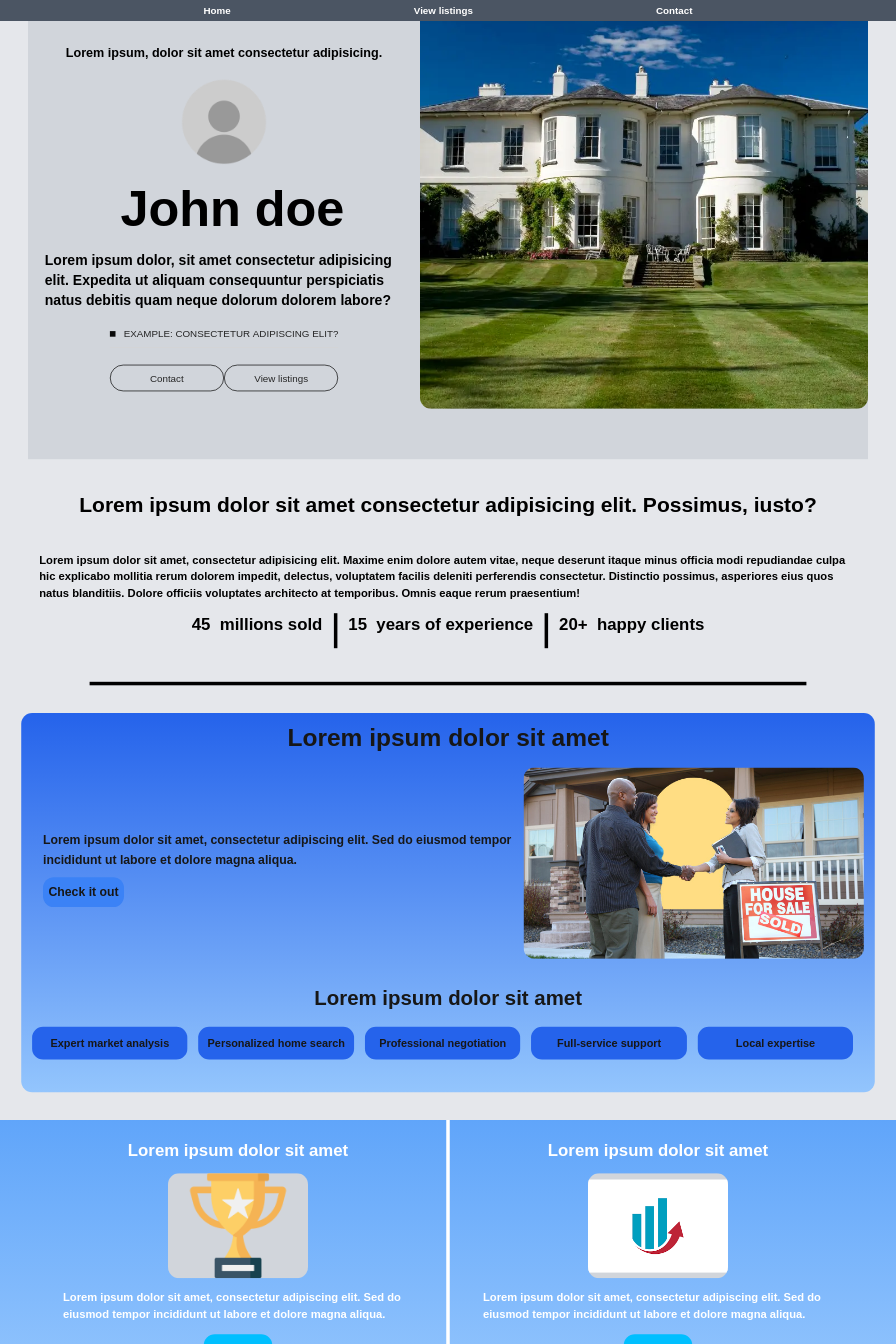
Repository: TMuse333/single-page-real-estate
Page: / (app in frontend/)
The author's editor kept a copy of each file at every save. The page is drawn from the files as they stood at one save, then again after the next save.
The browser window is 1280 px wide. The pictures show the part of the page from y = 0 to 1920 px (the page is 6391 px tall), at 70% of full size.
The project was rebuilt for these pictures with package versions that can differ from the ones it lists, and the page was loaded fresh each time. The framework's server and built-in components were replaced by stand-ins that run in the browser. Also part of the build but not shown: frontend/next.config.mjs.

Above is the page before, as saved 2024-12-05 15:41:05.

### frontend/src/app/layout.tsx
import { ContextProvider } from "@/context/context";
import type { Metadata } from "next";
import localFont from "next/font/local";
import "./globals.css";

const geistSans = localFont({
  src: "./fonts/GeistVF.woff",
  variable: "--font-geist-sans",
  weight: "100 900",
});
const geistMono = localFont({
  src: "./fonts/GeistMonoVF.woff",
  variable: "--font-geist-mono",
  weight: "100 900",
});

export const metadata: Metadata = {
  title: "Bonnie Hutchins",
  description: "A sample website for Bonnie Hutchins",
};

export default function RootLayout({
  children,
}: Readonly<{
  children: React.ReactNode;
}>) {
  return (
    <html lang="en">
      <ContextProvider>


      <body
        className={`${geistSans.variable} ${geistMono.variable} antialiased`}
      >
        {children}
      </body>
      </ContextProvider>
    </html>
  );
}

### frontend/src/app/page.tsx
"use client"


import AuroraHero from "../components/auroraHero/auroraHero";
import CountUpStats from "../components/countUpStats/countUpStats";
import ExperienceCard from "../components/experienceCard/experienceCard";
import { experienceCard1, experienceCard2 ,experienceCard3,
 displayBox1, displayBox2,blogData, closingStatement, contactCard} from "@/data/data";
// import ImageTextBox from "./components/imageTextBox/imageTextBox";
import DisplayBoxes from "../components/displayBox/displayBox";
import Testimonials from "../components/testimonials/testimonials";
import ScrollCarousel from "../components/scrollCarousel/scrollCarousel";
import Closer from "../components/closer/closer";
import BigNav from "../components/navbar/bigNav";
import Footer2 from "../components/footer/footer";
import ContactCard from "../components/contactCard/contactCard";
import Herobanner from "@/components/herobanner/herobanner";
export default function Home() {
  return (
    <>

   <main className="relative w-screen overflow-x-hidden
   bg-gray-200 ">
   <BigNav
    excludedLink=""
    />
    {/* <AuroraHero/> */}
    <Herobanner/>
    <CountUpStats
    number1="45"
    number2="15.5"
    number3="20"/>

<ExperienceCard
    {...experienceCard2}
    />

    <DisplayBoxes
    data={displayBox1}
    />



<ExperienceCard
    {...experienceCard3}
    />



    <DisplayBoxes
    data={displayBox2}
    />

  <ExperienceCard
    {...experienceCard1}
    />

    <Testimonials/>

    <ScrollCarousel
    images={blogData}
    bgImage
    />



    <Closer
    {...closingStatement}
    />

<ContactCard
    {...contactCard}
    />

    <Footer2
    excludedLink=""
    />


   </main>
   </>
  );
}

### frontend/src/context/context.tsx
"use client"

import React, { createContext, useState, useContext, ReactNode, useEffect } from 'react';

// Define the type for the context value
interface GeneralContextType {

  isMobile: boolean;
  setIsMobile: React.Dispatch<React.SetStateAction<boolean>>;
  heroInView: boolean;
  setHeroInView: React.Dispatch<React.SetStateAction<boolean>>;


}

// Create the context
export const GeneralContext = createContext<GeneralContextType | undefined>(undefined);

// Create a provider component
export const ContextProvider: React.FC<{ children: ReactNode }> = ({ children }) => {
  // Initialize the value state


  // Detect mobile devices
  const [isMobile, setIsMobile] = useState<boolean>(true);

const [heroInView, setHeroInView] = useState(true)





  useEffect(() => {
    const handleScroll = () => {
      if (typeof window !== 'undefined') {
        setIsMobile(window.innerWidth <= 865);
      }
    };

    if (typeof window !== 'undefined') {
      window.addEventListener('scroll', handleScroll);
      handleScroll(); // Initial check
    }

    return () => {
      if (typeof window !== 'undefined') {
        window.removeEventListener('scroll', handleScroll);
      }
    };
  }, []);


  useEffect(() => {
    console.log('is mobile', isMobile);
  }, [isMobile]);

  const contextValue = {

    isMobile,
    setIsMobile,
    heroInView, setHeroInView

  };

  return <GeneralContext.Provider value={contextValue}>{children}</GeneralContext.Provider>;
};

export const useGeneralContext = (): GeneralContextType => {
  const context = useContext(GeneralContext);
  if (!context) {
    throw new Error('useGeneralContext must be used within a ContextProvider');
  }
  return context;
};

### frontend/src/components/countUpStats/countUpStats.tsx
"use client"
import React, {useRef} from "react";
import CountUp from "react-countup";
import { useInView} from 'framer-motion'

interface Props {
  number1: string;
  number2: string;
  number3: string;
}

const CountUpStats: React.FC<Props> = ({ number1, number2, number3 }) => {

    const ref = useRef(null)
    const inView = useInView(ref,{
        once:true
    })
  return (
    <>
    <section   ref={ref}
    className="mx-auto w-screen max-w-[1200px]
    text-black">
         <h2 className="text-center px-4 font-bold text-2xl sm:text-3xl
         my-12">Lorem ipsum dolor sit amet consectetur adipisicing elit. Possimus, iusto?</h2>
         <p className="font-semibold px-4">
            Lorem ipsum dolor sit amet, consectetur adipisicing elit. Maxime enim dolore autem vitae, neque deserunt itaque minus officia modi repudiandae culpa hic explicabo mollitia rerum dolorem impedit, delectus, voluptatem facilis deleniti perferendis consectetur. Distinctio possimus, asperiores eius quos natus blanditiis. Dolore officiis voluptates architecto at temporibus. Omnis eaque rerum praesentium!
         </p>

    <section

      className="flex mx-auto flex-col justify-center items-center mt-4
      md:flex-row font-semibold"
    >

      {/* Number 1 */}
      <div className="text-2xl mb-6 flex flex-col
      justify-center md:flex-row items-start ">
        <CountUp start={0}
          end={inView ? parseInt(number1) : 0}
         duration={2} />
         &nbsp; millions sold
         <div className="w-[50vw] h-[5px] bg-black mb-6
      md:h-[50px] md:w-[5px] mx-4 " />
      </div>

      {/* Divider */}


      {/* Number 2 */}
      <div className="text-2xl mb-6 flex flex-col
      justify-center md:flex-row items-start ">
        <CountUp start={0}
          end={inView ? parseInt(number2) : 0}
         duration={2} />
         &nbsp; years of experience
         <div className="w-[50vw] h-[5px] bg-black mb-6
      md:h-[50px] md:w-[5px] mx-4 " />
      </div>

      {/* Number 3 */}
      <div className="text-2xl mb-6 flex flex-col
      justify-center md:flex-row items-start mb-auto">
        <CountUp start={0}
          end={inView ? parseInt(number3) : 0}
         duration={2} />
         +&nbsp; happy clients

      </div>
    </section>
    </section>

    <div className="w-[80vw] max-w-[1200px]
    mx-auto h-[5px] bg-black"
    />

    </>
  );
};

export default CountUpStats;

### frontend/src/components/displayBox/displayBox.tsx
import React from "react";
import Image from 'next/image'
import Link from "next/link";


interface ElementProps {
    title:string,
    src:string,
    alt:string,
    description:string,
    buttonText:string,
    destination:string
}

const Element:React.FC<ElementProps> = ({
    title,src,alt,description,buttonText,
    destination
}) => {

    return (
        <section className="w-[90vw] mx-auto flex
        mt-2
        flex-col justify-center items-center relative

        sm:w-[45vw] max-w-[500px] mb-8">
            <h2 className="text-white text-center
            text-2xl mb-4 font-semibold">{title}</h2>
            <Image
            src={src}
            alt={alt}
            width={600}
            height={1300}
            className='w-[40vw]  h-[20vw]
            max-h-[150px] mx-auto object-contain
            max-w-[200px] bg-gray-300 rounded-2xl'
            />
            <p className="text-white my-4 font-semibold">{description}</p>
            <button className="bg-[#00bfff]
            p-2 rounded-2xl text-white">
                <Link href={destination}>
                    {buttonText}
                </Link>
            </button>


        </section>

    )
}

interface DisplayBoxProps {
    data:ElementProps[]
}

    const DisplayBoxes:React.FC<DisplayBoxProps> = ({
        data
    }) => {

        return (
            <section className="w-screen relative
            bg-gradient-to-b from-blue-400 to-blue-300 "
            >


            <section className="flex flex-col
            sm:grid grid-cols-2 justify-center
            items-center max-w-[1200px]
            mx-auto bg-gradient-to-b from-blue-400 to-blue-300
             pt-5">
                <div className="absolute
                top-1/2 w-full
                 sm:top-0
                left-1/2 -translate-x-1/2 h-[5px]
                 md:h-full
                sm:w-[5px] bg-white"/>
                {data.map((data, index) => (
                    <Element
                    {...data}
                    key={index}
                    />
                ))}
            </section>
            </section>

        )
    }


    export default DisplayBoxes

### frontend/src/components/closer/closer.tsx
"use client"

import React, { useRef} from "react";
import Link from "next/link";
import {motion, useInView} from 'framer-motion'
import Image from "next/image";


interface Props {
    image:string,
    title:string,
    description:string,
    buttonText:string,
    destination:string

}

const Closer: React.FC<Props> = ({image,title,description,
destination,buttonText}) => {

    const ref = useRef(null)

    const inView = useInView(ref,{
        once:true
    })

      const variants = {
        initial:{
            opacity:0,
            x:-100
        },
        animate:{
            x:0,
            opacity:1,
            transition:{
                opacity:{
                    duration:0.5
                }
            }
        }

      }

      const textVariants = {
        initial:{
            y:-20,
            opacity:0
        },
        animate:{
            opacity:1,
            y:0,
            transition:{
                delay:0.5
            }
        }
      }

    return (
        <motion.section ref={ref}

        className={`w-screen text-white h-[600px]
        relative flex flex-col items-center justify-center
        bg-center
        `}
        variants={variants}
        initial='initial'
        animate={inView ? 'animate' : 'initial'}
        >
            <Image src={image}
            alt="A background image of cash to signifies how you cash sell your houses fast for cash with ontario cash for houses"
            className='absolute w-full h-full
            object-cover'
                style={{
                    filter:'brightness(0.6)'
                }}
                width={600}
                height={1300}
            />

            <motion.div className="-mt-12 relative z-[4]"
              variants={textVariants}
              initial='initial'
              animate={inView ? 'animate' : 'initial'}>
            <motion.h4

            className="pl-4 text-3xl  ">{title}
            </motion.h4>

            <p className="mt-4 text-left pl-4 pr-4
            max-w-[800px] sm:text-xl ">{description}</p>

            <Link href={destination}
            passHref>
                <button className="mt-6 text-black
                bg-white ml-4 hover:bg-blue-500
                transition-all hover:text-white
                hover:scale-[1.05] p-3
                rounded-xl">
                {buttonText}
                </button>
            </Link>
            </motion.div>
        </motion.section>
    )
}

export default Closer

### frontend/src/components/contactCard/contactCard.tsx
import Image from "next/image";
import Link from "next/link";
import React from "react";



interface Props {
    src:string,
    alt:string,
    name:string,
    title:string
    description:string,
    quote:string
    phone:string,
    email:string,
    socials:{
        src:string,
        destination:string,
        alt:string
    }[]
}


const ContactCard:React.FC<Props> = ({
    src,alt,name,
    phone,email,socials,title,quote
}) => {


    return (
        <section className="mx-auto flex flex-col
        md:flex-row max-w-[1200px] my-12">
            <section className="text-center
            md:w-[33vw] max-w-[400px]">
                <h3 className="mb-2 font-bold
                text-3xl">{name}</h3>
                <h4 className="mb-2 font-semibold
                whitespace-pre-line">{title}</h4>
                <p className="mb-2 px-4">{quote}</p>
            </section>
            <section className="md:w-[33vw] max-w-[400px]">
                <Image
                src={src}
                alt={alt}
                className='w-[70vw]
                object-contain mx-auto
                max-w-[200px] hax-h-[250px]'
                width={600}
                height={1300}
                />
            </section>
            <section className="text-center  md:w-[33vw] max-w-[400px]">
                <h3 className="mb-2 text-2xl font-semibold">Contact Information</h3>
                <p className="mb-2 font-semibold">{phone}</p>
                <p className="mb-2 font-semibold whitespace-pre-line

                leading-6">{email}</p>
                {/* <ul className="flex items-center w-full
                ">
                    {socials.map((social,index)=>(
                        <li className="mx-auto"
                        key={index}
                        >
                            <Image
                            src={social.src}
                            alt={social.alt}
                            className='w-[100px]
                            object-contain'
                            width={600}
                            height={1300}
                            />
                            <Link
                            href={social.destination}
                            />
                        </li>
                    ))}
                </ul> */}
            </section>

        </section>
    )
}

export default ContactCard

### frontend/src/components/herobanner/herobanner.tsx
import Image from "next/image";
// import Link from "next/link";
import React from "react";
// import tom from '../../../public/thomas-full-body-1-nogb.png'
// import full from '../../../public/smile-tom.png'
import side from '../../../public/placeholder.png'
import home from '../../../public/home.webp'
import { TypeWriter } from "../typeWriter/typeWriter";
// import half from '../../../public/smiley-tom-half.png'
const Herobanner = () => {

    return (


       <header className="flex flex-col md:flex-row
       md:h-screen relative items-center
       mx-auto max-w-[1200px] text-black
       md:mt-[-4rem]  bg-gray-300"
    //    style={{
    //     background: 'radial-gradient(circle, #00bfff -150%, rgba(0, 191, 255, 0%) 80%)'
    //   }}
      >

        <section className="flex flex-col
        md:w-[50vw] justify-center
        items-center bg-gray-300 py-4">
             <h2 className="mx-auto p-3
             text-center
           text-lg mt-4 font-semibold ">
           Lorem ipsum, dolor sit amet consectetur adipisicing.

            </h2>


            <Image
            src={side}


            height={600}
            width={1300}
            alt='A full body image of Thomas Musial'
            className="w-[80vw] h-[20vh] object-contain mx-auto
           rounded-full bg-gray-600 md:bg-transparent

            "
            />
            <h1 className="font-semibold
            text-5xl sm:text-6xl md:text-7xl
             mt-4 text-center md:text-start md:pl-6">John doe</h1>
            <p className="mx-auto p-6 font-semibold
            text-xl">
              Lorem ipsum dolor, sit amet consectetur adipisicing elit. Expedita ut aliquam consequuntur perspiciatis natus debitis quam neque dolorum dolorem labore?
            </p>
            <TypeWriter
            />
            {/* <section className="flex mr-auto ml-6">
                <button className="bg-[#00bfff] p-3
                rounded-2xl mr-6">Contact</button>
                <button className="bg-[#00bfff] p-3
                rounded-2xl mr-6">View listings</button>
            </section> */}
            </section>

            <Image
            src={home}


            height={600}
            width={1300}
            alt='A full body image of Thomas Musial'
            className="w-[50vw] hidden rounded-2xl  object-cover mx-auto
 bg-gray-300  md:block h-[80vh] mt-auto mb-auto


            "
            />






       </header>
    )
}

export default Herobanner

### frontend/src/components/slidingText/slidingText.tsx
import React, { useRef, useState } from "react";
import { motion, useScroll, useTransform, useMotionValueEvent } from "framer-motion";
import { useGeneralContext } from "@/context/context";

interface TextProps {
    text: string;
    setSlideComplete?: React.Dispatch<React.SetStateAction<boolean>>;
    reverse?:boolean,
    subText?:string
}

const SlidingText: React.FC<TextProps> = ({ text, setSlideComplete,
reverse,subText }) => {
    // Reference to the target element to track scroll position
    const targetRef = useRef(null);

    const {isMobile} = useGeneralContext()

    // State to track when slide is complete
    const [slideComplete, setLocalSlideComplete] = useState(false);

    // Get scroll progress relative to the targetRef
    const { scrollYProgress } = useScroll({
        target: targetRef,
        offset: ["end end", "end start"], // Adjust these offsets as needed
    });

    // Transform scroll progress to x position, scale, and opacity
    const x = useTransform(scrollYProgress, [0, isMobile ? 0.4 : 0.6], [!reverse ? 350 : -350, 0]); // Adjust as needed
    const opacity = useTransform(scrollYProgress, [0, 0.2, 0.55], [0, 0.0, 1]);

    // Monitor changes in the `x` value and set `slideComplete` to true when x reaches 0


    useMotionValueEvent(x,"change",(latest) => {
        if(latest === 0 && !slideComplete){
            setLocalSlideComplete(true)
            if (setSlideComplete) {
                console.log('skdie complete true')
                setSlideComplete(true);
            }
        }

    })

    return (
        <div ref={targetRef}>
            <motion.h2
                className=" bg-gradient-to-b from-white to-gray-300 bg-clip-text text-transparent
                text-3xl sm:text-4xl md:text-5xl lg:text-6xl font-semibold text-center relative transition-colors
                mb-8"
                // style={!slideComplete ? { x, opacity } : {}} // Apply the animated styles
                style={{ x, opacity }}
                // Apply the gradient flow when slideComplete is true
                whileInView={
                    slideComplete
                        ? {
                              backgroundImage: [
                                  "linear-gradient(to right, #00e0ff, #00a2e4, #00e0ff)", // Default colors
                                  "linear-gradient(to right, #33e8ff, #33b5d6, #33e8ff)", // Brighter colors
                                  "linear-gradient(to right, #00e0ff, #00a2e4, #00e0ff)",  // Back to default
                              ],
                              transition: {
                                  repeat: Infinity,
                                  repeatType: "mirror",
                                  duration: 3, // Control how fast the gradient oscillates
                              },
                          }
                        : {}
                }
            >
                {text}
            </motion.h2>
            {subText && (
                <motion.h3 className={`w-[80vw] mx-auto text-xl
                transition-opacity
                sm:text-2xl ${slideComplete ? 'opacity-1' : 'opacity-0'}`}>
                    {subText}
                </motion.h3>
            )}
        </div>
    );
};

export default SlidingText;

Loaded but not shown: frontend/src/app/globals.css (common file); frontend/tailwind.config.ts (common file); frontend/src/components/navbar/bigNav.tsx (512 lines, source omitted); frontend/src/components/experienceCard/experienceCard.tsx (191 lines, source omitted); frontend/src/data/data.ts (173 lines, source omitted); frontend/src/components/testimonials/testimonials.tsx (127 lines, source omitted); frontend/src/components/scrollCarousel/scrollCarousel.tsx (161 lines, source omitted); frontend/src/components/footer/footer.tsx (178 lines, source omitted); frontend/src/components/typeWriter/typeWriter.tsx (129 lines, source omitted)

After the next save:
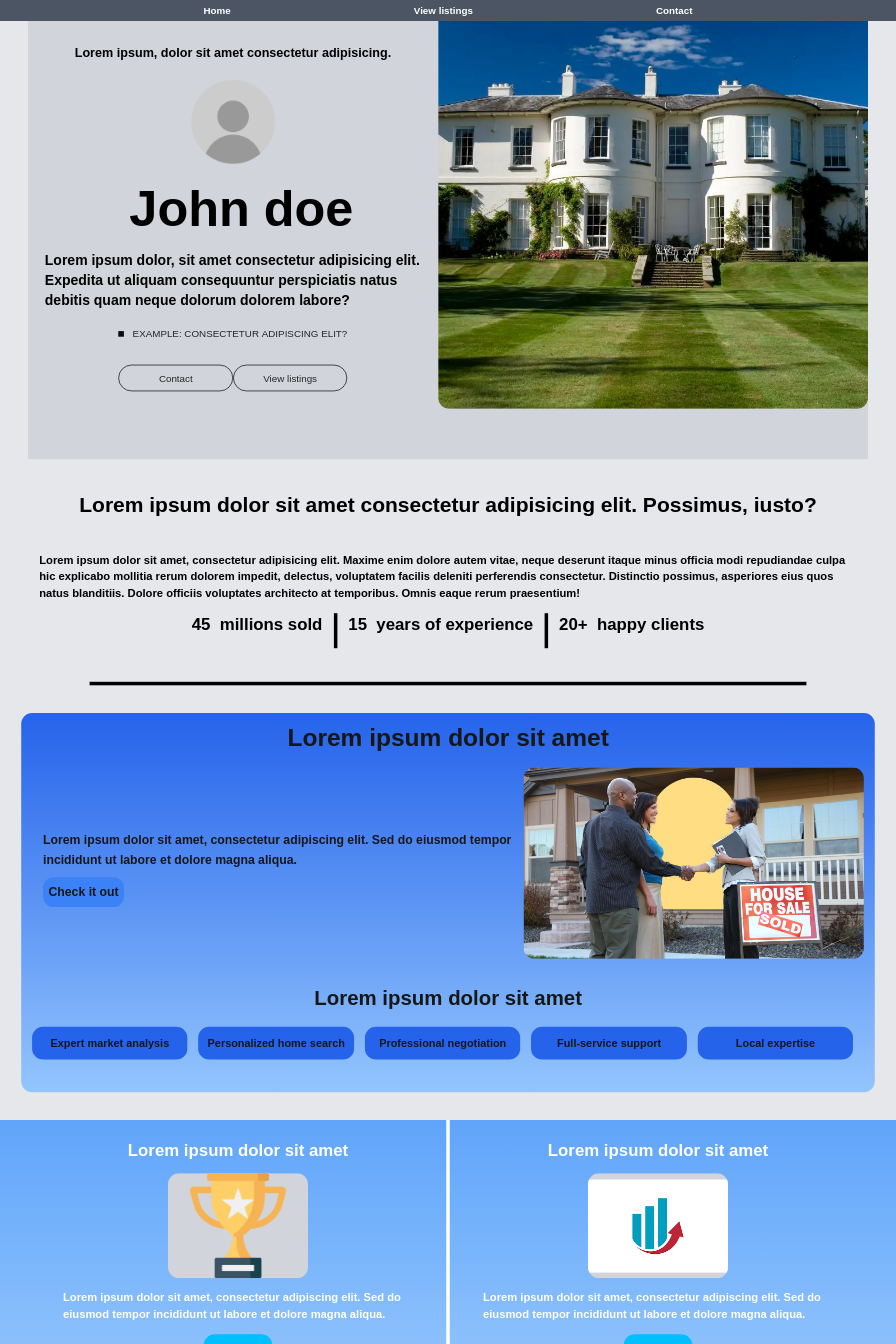
Saved 4 s later.
--- a/frontend/src/components/herobanner/herobanner.tsx
+++ b/frontend/src/components/herobanner/herobanner.tsx
@@ -68,7 +68,7 @@ const Herobanner = () => {
             height={600}
             width={1300}
             alt='A full body image of Thomas Musial'
-            className="w-[50vw] hidden rounded-2xl  object-cover mx-auto
+            className="w-[48vw] hidden rounded-2xl  object-cover mx-auto
  bg-gray-300  md:block h-[80vh] mt-auto mb-auto
 
 
